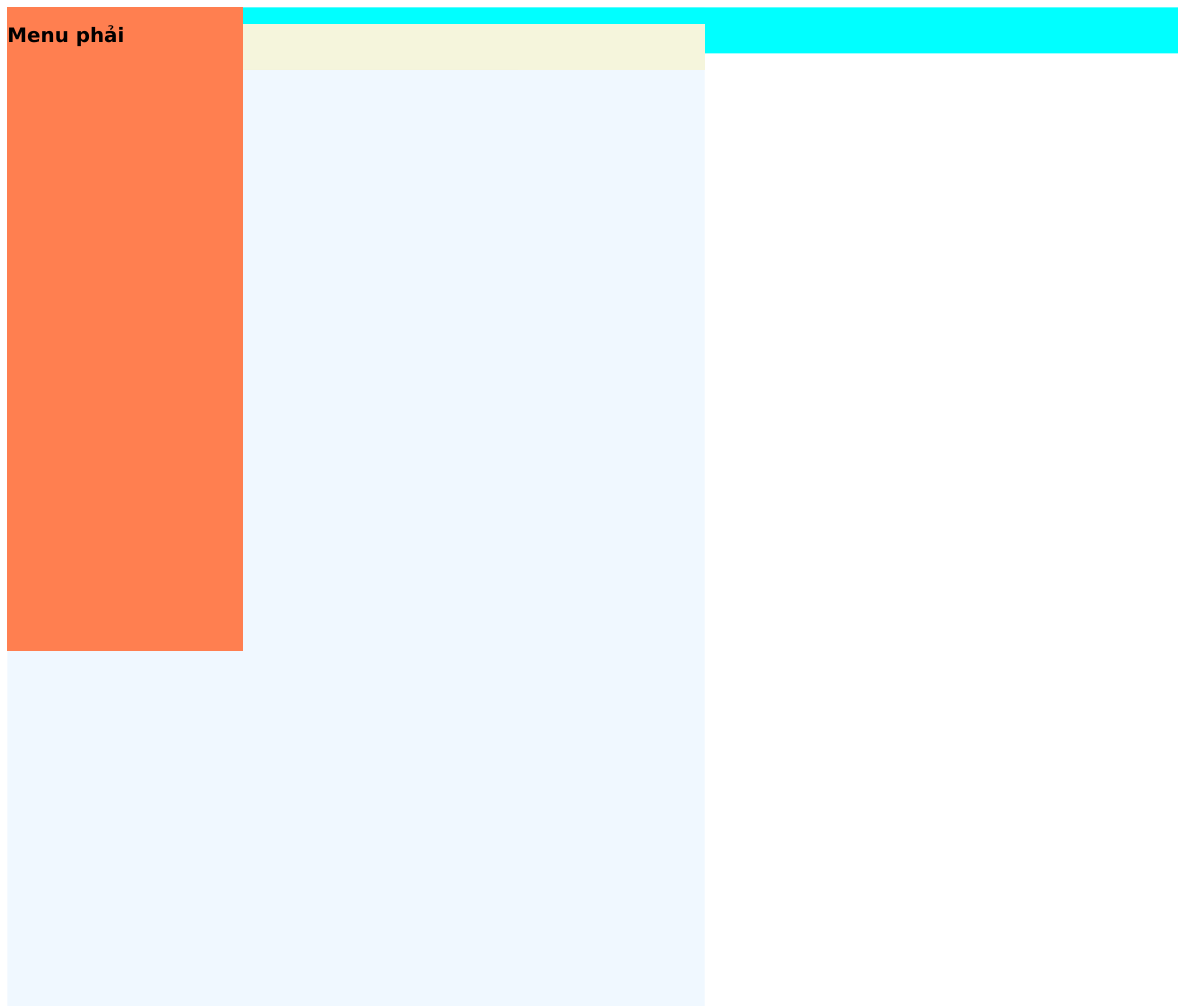
Repository: congle98/CSS_LayoutFacebookCoBan
Page: index.html
The author's editor kept a copy of each file at every save. The page is drawn from the files as they stood at one save, then again after a run of saves.
The browser window is 1280 px wide. The pictures show the whole page, at 92% of full size.

Above is the page before, as saved 2021-05-26 15:36:45.

### index.html
<!DOCTYPE html>
<html lang="en">
<head>
    <meta charset="UTF-8">
    <meta http-equiv="X-UA-Compatible" content="IE=edge">
    <meta name="viewport" content="width=device-width, initial-scale=1.0">
    <title>Document</title>
    <style>
        body {
            font-family: Verdana,sans-serif;
            font-size: 0.9em;
        }
        header{
            position: fixed;
            background-color: cyan;
            width: 100%;
            height: 50px;

        }
        #sidebar-left{
            width: 20%;
            position: fixed;
            float: left;
            background-color: chartreuse;
            height: 700px;
        }
        section{
            width: 60%;
            float: left;
            background-color:aliceblue;
        }
        #sidebar-right{
            position: fixed;
            width: 20%;
            float: right;
            background-color:coral;
            height: 700px;
        }
        #article-1{
            position:relative;
            height: 50px;
            background-color:beige;
        }
        #article-2{
            position:relative;
            height: 1000px;
        }

    </style>
</head>
<body>
    <header>
        <nav>
            <ul>
                <li>Trang chủ</li>
                <li>Watch</li>
                <li>Marketplace</li>
                <li>Nhóm</li>
                <li>Trò chơi</li>
            </ul>
        </nav>
    </header>
    <div id="sidebar-left">
        <h2>Menu trái</h2>
    </div>
    <section>
        <article id="article-1">
            <h2>Bảng tin</h2>
        </article>
        <article id="article-2">
            <h2>Bài viết chính</h2>
        </article>
    </section>
    <div id="sidebar-right">
        <h2>Menu phải</h2>
    </div>
</body>
</html>

After the next 5 saves:
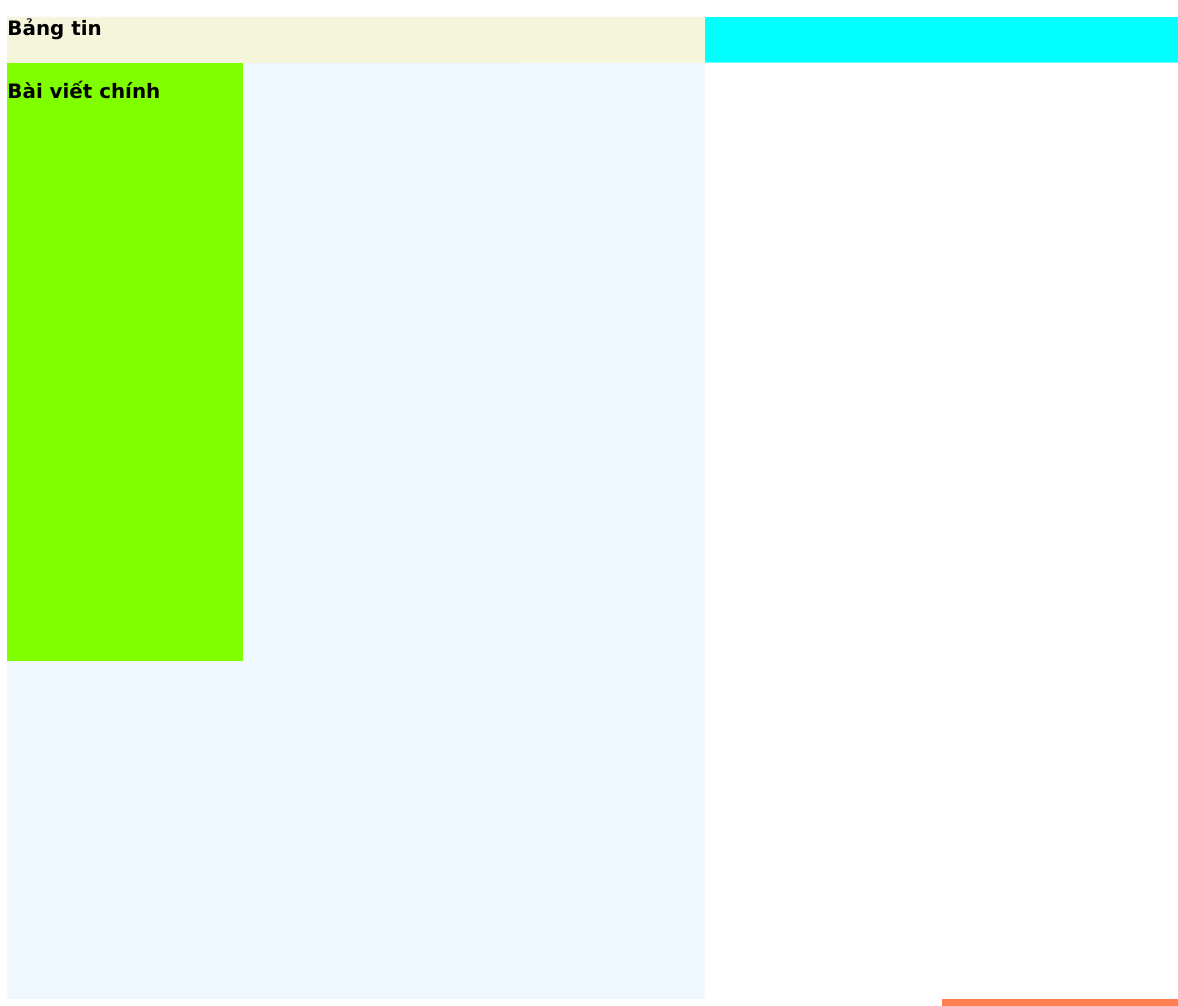
The 5 saves are shown as one change because they came seconds apart.
The last was saved 31 s later.
--- a/index.html
+++ b/index.html
@@ -26,13 +26,12 @@
         }
         section{
             width: 60%;
-            float: left;
             background-color:aliceblue;
         }
         #sidebar-right{
             position: fixed;
             width: 20%;
-            float: right;
+            right: 0;
             background-color:coral;
             height: 700px;
         }
